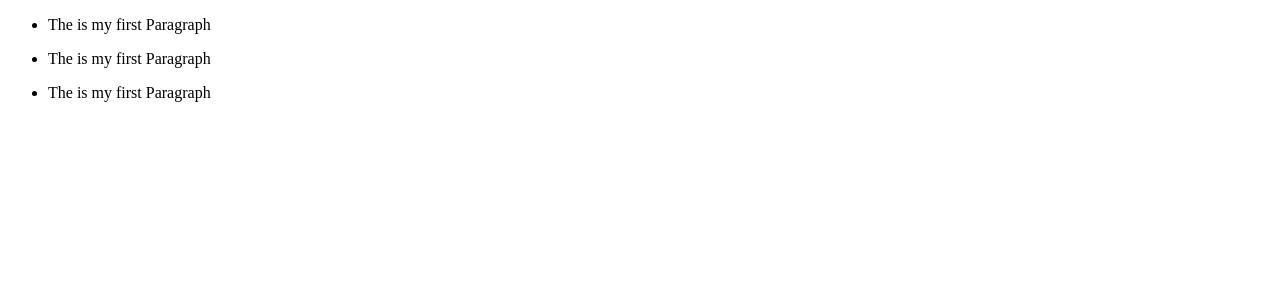
Repository: NathanDPoole/Personal
Page: Training/JavaScriptEx/src/main/webapp/html/Bubbling.html
An editor plug-in stored every save of this project. The page is shown before and after the next save, followed by the edit.
The browser window is 1280 px wide. The pictures show the whole page.

Above is the page before, as saved 2017-12-29 15:10:02.

After the next save:
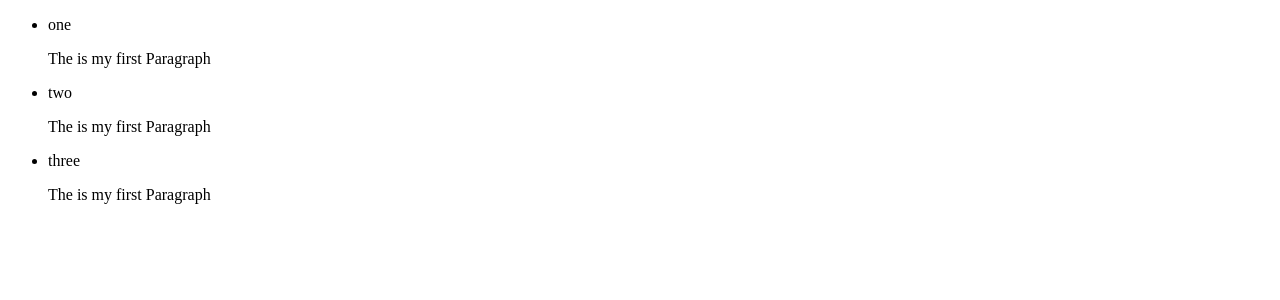
Saved 60 s later.
--- a/Training/JavaScriptEx/src/main/webapp/html/Bubbling.html
+++ b/Training/JavaScriptEx/src/main/webapp/html/Bubbling.html
@@ -8,13 +8,13 @@
 	<!-- example of bubbling -->
 	<div onclick="alert('click on div tag')">
 		<ul onclick="alert('click on ul tag')">
-			<li onclick="alert('click on li1 tag')">
+			<li onclick="alert('click on li1 tag')">one
 				<p onclick="alert('click on p1 tag')">The is my first Paragraph</p>
 			</li>
-			<li onclick="alert('click on li2 tag')">
+			<li onclick="alert('click on li2 tag')">two
 				<p onclick="alert('click on p2 tag')">The is my first Paragraph</p>
 			</li>
-			<li onclick="alert('click on li3 tag')">
+			<li onclick="alert('click on li3 tag')">three
 				<p onclick="alert('click on p3 tag')">The is my first Paragraph</p>
 			</li>
 		</ul>
